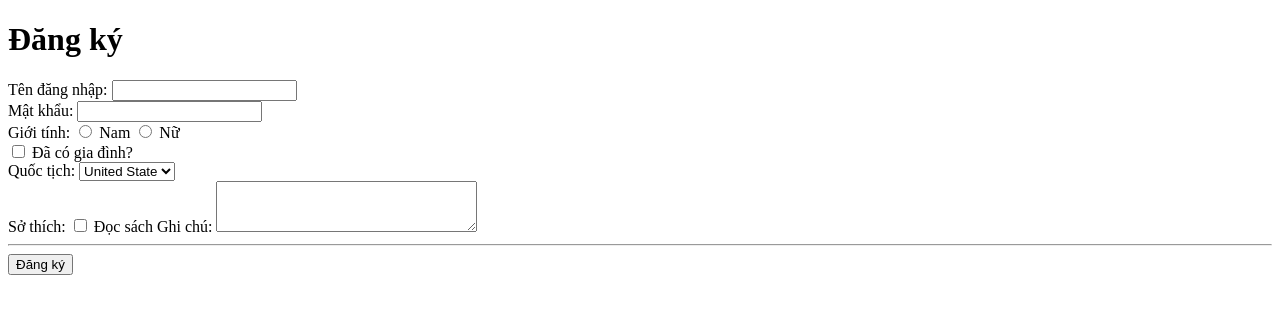
Repository: dquangv/Fpoly-Java4
Page: http://localhost/fpoly/views/dang-ky/form.jsp
An editor plug-in stored every save of this project. The page is shown before and after the next save, followed by the edit.
The browser window is 1280 px wide. The pictures show the whole page.
The page is served by Tomcat 9. Other server files are loaded and not shown.

Above is the page before, as saved 2024-06-23 08:40:13.

### fpoly/src/main/webapp/views/dang-ky/form.jsp
<%@ page language="java" contentType="text/html; charset=UTF-8"
    pageEncoding="UTF-8"%>
<!DOCTYPE html>
<html>
<head>
<meta charset="UTF-8">
<title>Insert title here</title>
</head>
<body>
	<h1>Đăng ký</h1>
	<form action="/fpoly/dang-ky" method="post">
		<span>Tên đăng nhập: </span>
		<input name="name"><br>

		<span>Mật khẩu: </span>
		<input name="password" type="password"><br>

		<span>Giới tính: </span>
		<input type="radio" name="gender" id="male" value="true">
		<label for="male">Nam</label>
		<input type="radio" name="gender" id="female" value="false">
		<label for="female">Nữ</label><br>

		<input type="checkbox" id="married" name="married">
		<label for="married">Đã có gia đình?</label><br>

		<span>Quốc tịch: </span>
		<select name="country">
			<option value="US">United State</option>
			<option value="VN">Việt Nam</option>
			<option value="TQ">Trung Quốc</option>
		</select><br>

		<span>Sở thích: </span>
		<input type="checkbox" id="reading" name="hobbies">
		<label for="reading">Đọc sách</label>

		<span>Ghi chú: </span>
		<textarea rows="3" cols="30" name="note"></textarea><hr>

		<button>Đăng ký</button>
	</form>
</body>
</html>

After the next save:
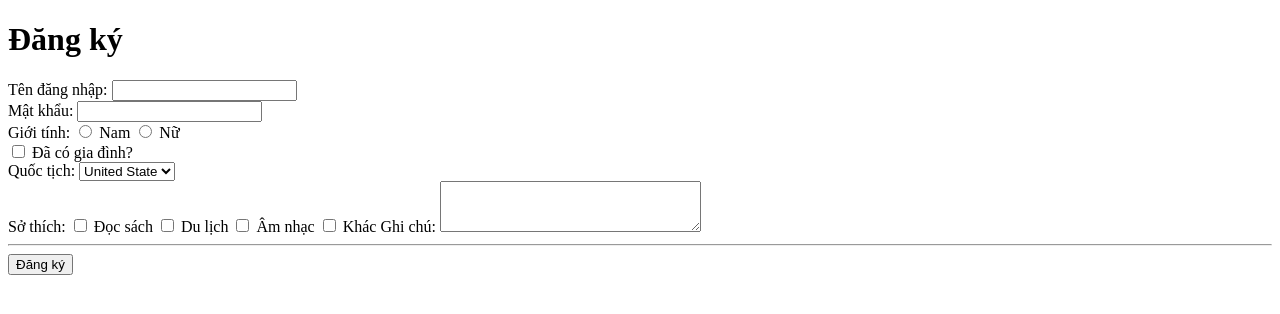
Saved 2 min 33 s later.
--- a/fpoly/src/main/webapp/views/dang-ky/form.jsp
+++ b/fpoly/src/main/webapp/views/dang-ky/form.jsp
@@ -32,8 +32,14 @@
 		</select><br>
 
 		<span>Sở thích: </span>
-		<input type="checkbox" id="reading" name="hobbies">
+		<input type="checkbox" id="reading" name="hobbies" value="reading">
 		<label for="reading">Đọc sách</label>
+		<input type="checkbox" id="travel" name="hobbies" value="travel">
+		<label for="travel">Du lịch</label>
+		<input type="checkbox" id="music" name="hobbies" value="music">
+		<label for="music">Âm nhạc</label>
+		<input type="checkbox" id="other" name="hobbies" value="other">
+		<label for="other">Khác</label>
 
 		<span>Ghi chú: </span>
 		<textarea rows="3" cols="30" name="note"></textarea><hr>
